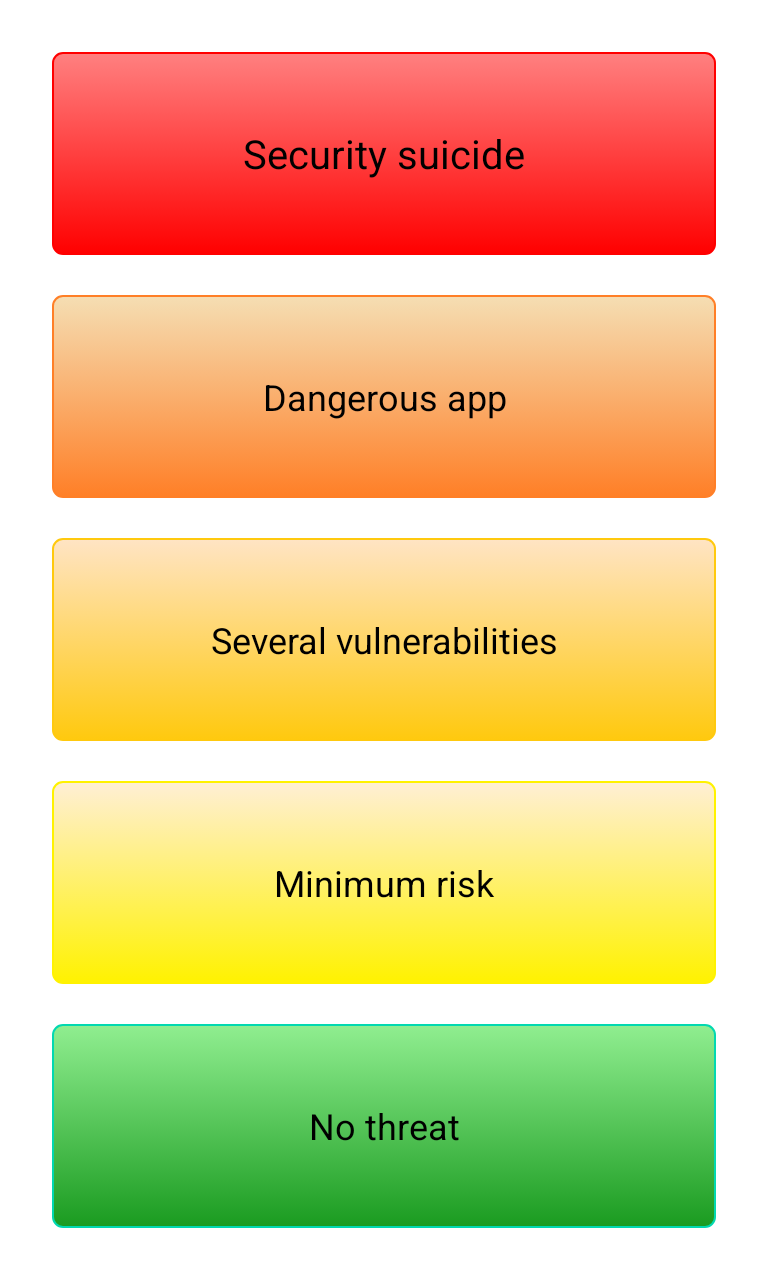
Repository: n0whereman/feidroid
Layout: Src/ApplicationViewer/res/layout/fragment_analysis2.xml
These files come from the project's save history. The layout is drawn as it stood at one moment and after the next save; the edit follows.
It is drawn on a 768 x 1280 px phone screen (xhdpi) without system bars, with theme android:Theme.Holo.Light; the app's code is not run.

Above is the layout before, as saved 2015-04-25 20:46:04.

### Src/ApplicationViewer/res/layout/fragment_analysis2.xml
<LinearLayout xmlns:android="http://schemas.android.com/apk/res/android"
    xmlns:tools="http://schemas.android.com/tools"
    android:layout_width="match_parent"
    android:layout_height="match_parent"
    android:fadingEdge="horizontal"
    android:orientation="vertical"
    android:paddingBottom="@dimen/activity_vertical_margin"
    android:paddingLeft="@dimen/activity_horizontal_margin"
    android:paddingRight="@dimen/activity_horizontal_margin"
    android:paddingTop="@dimen/activity_vertical_margin"
    android:weightSum="5"
    tools:context="pete.android.study.AnalysisActivity$PlaceholderFragment" >

    <Button
        android:id="@+id/btnThreadLvl5"
        android:layout_width="match_parent"
        android:layout_height="wrap_content"
        android:layout_weight="1"
        android:text="@string/threadLvl5"
        android:background="@drawable/button_thread5"
        android:textSize="20sp"
        android:layout_margin="10dp" />

    <Button
        android:id="@+id/btnThreadLvl4"
        android:layout_width="match_parent"
        android:layout_height="wrap_content"
        android:layout_weight="1"
        android:text="@string/threadLvl4"
        android:background="@drawable/button_thread4"
        android:layout_margin="10dp" />

    <Button
        android:id="@+id/btnThreadLvl3"
        android:layout_width="match_parent"
        android:layout_height="wrap_content"
        android:layout_weight="1"
        android:text="@string/threadLvl3"
        android:background="@drawable/button_thread3"
        android:layout_margin="10dp" />

    <Button
        android:id="@+id/btnThreadLvl2"
        android:layout_width="match_parent"
        android:layout_height="wrap_content"
        android:layout_weight="1"
        android:text="@string/threadLvl2"
        android:background="@drawable/button_thread2"
        android:layout_margin="10dp" />

    <Button
        android:id="@+id/btnThreadLvl1"
        android:layout_width="match_parent"
        android:layout_height="wrap_content"
        android:layout_weight="1"
        android:text="@string/threadLvl1"
        android:background="@drawable/button_thread1"
    	android:layout_margin="10dp" />

</LinearLayout>

### Src/ApplicationViewer/res/values/dimens.xml
<resources>

    <!-- Default screen margins, per the Android Design guidelines. -->
    <dimen name="activity_horizontal_margin">16dp</dimen>
    <dimen name="activity_vertical_margin">16dp</dimen>

    <dimen name="padding_8">8dp</dimen>
    <dimen name="padding_16">16dp</dimen>
    <dimen name="padding_32">32dp</dimen>
    <dimen name="padding_48">48dp</dimen>

</resources>

### Src/ApplicationViewer/res/values/strings.xml
<?xml version="1.0" encoding="utf-8"?>
<resources>

    <string name="hello">Hello World, MainActivity!</string>
    <string name="app_name">Suspicious Apps Checker</string>
    <string name="LaunchButton">Launch</string>
    <string name="AppInfoButton">Info</string>
    <string name="AnalyzeButton">Analyze</string>
    <string name="title_activity_launch">LaunchActivity</string>
    <string name="hello_world">Hello world!</string>
    <string name="action_settings">Settings</string>
    <string name="desc">Blabla</string>
    <string name="title_activity_detail">App Info</string>

    <!-- Main activity -->
    <string name="action_open_app">Launch</string>
    <string name="action_detail_app">Detail</string>

    <!-- Detail activity -->
    <string name="label_package_name">Package name:</string>
    <string name="label_class_name">Class name:</string>
    <string name="label_process_name">Process name:</string>
    <string name="label_version_name">Version name:</string>
    <string name="label_version_code">Version code:</string>
    <string name="label_sdk_version">Target SDK :</string>
    <string name="label_install_date">Install date:</string>
    <string name="label_last_update">Last update:</string>
    <string name="label_source_directory">Source directory:</string>
    <string name="label_data_directory">Data directory:</string>
    <string name="label_permissions">Permissions:</string>
    <string name="label_flags">Flags:</string>
    <string name="label_no_permissions">No permissions</string>
    <string name="Analyze_appButton">Analysis</string>

     <!-- Analysis activity -->
     <string name="label_list_of_permissions">Permisions List:</string>
     <string name="label_unsafe_permissions">Suspicious perm.:</string>
     <string name="label_choosed_category">Category:</string>
     <string name="label_score">Risk:</string>


    <!-- Category list -->
    <string name="label_Category">Category:</string>

    <string-array name="category_array">
        <item>Games</item>
        <item>Communication</item>
        <item>Entertainment</item>
        <item>Finance</item>
        <item>Health</item>
        <item>Lifestyle</item>
        <item>Multimedia</item>
        <item>Productivity</item>
        <item>Shopping</item>
        <item>Social</item>
        <item>Sports</item>
        <item>Themes</item>
        <item>Tools</item>
        <item>Travel</item>
    </string-array>

    <string name="title_activity_analysis">App Analysis</string>
    <string name="title_analysis_detail">Analysis detail</string>
    <string name="threadLvl1">No threat</string>
    <string name="threadLvl2">Minimum risk</string>
    <string name="threadLvl3">Several vulnerabilities</string>
    <string name="threadLvl4">Dangerous app</string>
    <string name="threadLvl5">Security suicide</string>
    <string name="label_no_categories">No category</string>
    <string name="label_sha1hash">SHA1:</string>

</resources>

### Src/ApplicationViewer/res/drawable-hdpi/button_thread5.xml
<?xml version="1.0" encoding="utf-8"?>
<selector xmlns:android="http://schemas.android.com/apk/res/android" >
<item android:state_pressed="true" >
 <shape android:shape="rectangle"  >
     <corners android:radius="5dp" />
     <stroke android:width="1dip" android:color="@color/red_temp" />
     <gradient android:angle="-90" android:startColor="@color/red_temp" android:endColor="@color/red_temp"  />
 </shape>
</item>
<item android:state_focused="true">
 <shape android:shape="rectangle"  >
     <corners android:radius="5dp" />
     <stroke android:width="1dip" android:color="#971E05" />
     <solid android:color="#58857e"/>
 </shape>
</item>
<item >
<shape android:shape="rectangle"  >
     <corners android:radius="5dp" />
     <stroke android:width="1dip" android:color="@color/bright_red" />
     <gradient android:angle="-90" android:startColor="@color/red_temp" android:endColor="@color/button_red" />
 </shape>
</item>
</selector>

### Src/ApplicationViewer/res/drawable-hdpi/button_thread4.xml
<?xml version="1.0" encoding="utf-8"?>
<selector xmlns:android="http://schemas.android.com/apk/res/android" >
<item android:state_pressed="true" >
 <shape android:shape="rectangle"  >
     <corners android:radius="5dp" />
     <stroke android:width="1dip" android:color="@color/orange_temp" />
     <gradient android:angle="-90" android:startColor="@color/orange_temp" android:endColor="@color/orange_temp"  />
 </shape>
</item>
<item android:state_focused="true">
 <shape android:shape="rectangle"  >
     <corners android:radius="5dp" />
     <stroke android:width="1dip" android:color="#971E05" />
     <solid android:color="#58857e"/>
 </shape>
</item>
<item >
<shape android:shape="rectangle"  >
     <corners android:radius="5dp" />
     <stroke android:width="1dip" android:color="@color/bright_orange" />
     <gradient android:angle="-90" android:startColor="@color/orange_temp" android:endColor="@color/button_orange" />
 </shape>
</item>
</selector>

### Src/ApplicationViewer/res/drawable-hdpi/button_thread3.xml
<?xml version="1.0" encoding="utf-8"?>
<selector xmlns:android="http://schemas.android.com/apk/res/android" >
<item android:state_pressed="true" >
 <shape android:shape="rectangle"  >
     <corners android:radius="5dp" />
     <stroke android:width="1dip" android:color="@color/amber_temp" />
     <gradient android:angle="-90" android:startColor="@color/amber_temp" android:endColor="@color/amber_temp"  />
 </shape>
</item>
<item android:state_focused="true">
 <shape android:shape="rectangle"  >
     <corners android:radius="5dp" />
     <stroke android:width="1dip" android:color="#971E05" />
     <solid android:color="#58857e"/>
 </shape>
</item>
<item >
<shape android:shape="rectangle"  >
     <corners android:radius="5dp" />
     <stroke android:width="1dip" android:color="@color/bright_amber" />
     <gradient android:angle="-90" android:startColor="@color/amber_temp" android:endColor="@color/button_amber" />
 </shape>
</item>
</selector>

### Src/ApplicationViewer/res/drawable-hdpi/button_thread2.xml
<?xml version="1.0" encoding="utf-8"?>
<selector xmlns:android="http://schemas.android.com/apk/res/android" >
<item android:state_pressed="true" >
 <shape android:shape="rectangle"  >
     <corners android:radius="5dp" />
     <stroke android:width="1dip" android:color="@color/yellow_temp" />
     <gradient android:angle="-90" android:startColor="@color/yellow_temp" android:endColor="@color/yellow_temp"  />
 </shape>
</item>
<item android:state_focused="true">
 <shape android:shape="rectangle"  >
     <corners android:radius="5dp" />
     <stroke android:width="1dip" android:color="#971E05" />
     <solid android:color="#58857e"/>
 </shape>
</item>
<item >
<shape android:shape="rectangle"  >
     <corners android:radius="5dp" />
     <stroke android:width="1dip" android:color="@color/bright_yellow" />
     <gradient android:angle="-90" android:startColor="@color/yellow_temp" android:endColor="@color/button_yellow" />
 </shape>
</item>
</selector>

### Src/ApplicationViewer/res/drawable-hdpi/button_thread1.xml
<?xml version="1.0" encoding="utf-8"?>
<selector xmlns:android="http://schemas.android.com/apk/res/android" >
<item android:state_pressed="true" >
 <shape android:shape="rectangle"  >
     <corners android:radius="5dp" />
     <stroke android:width="1dip" android:color="@color/green_temp" />
     <gradient android:angle="-90" android:startColor="@color/green_temp" android:endColor="@color/green_temp"  />
 </shape>
</item>
<item android:state_focused="true">
 <shape android:shape="rectangle"  >
     <corners android:radius="5dp" />
     <stroke android:width="1dip" android:color="#971E05" />
     <solid android:color="#58857e"/>
 </shape>
</item>
<item >
<shape android:shape="rectangle"  >
     <corners android:radius="5dp" />
     <stroke android:width="1dip" android:color="@color/bright_green" />
     <gradient android:angle="-90" android:startColor="@color/green_temp" android:endColor="@color/button_green" />
 </shape>
</item>
</selector>

### Src/ApplicationViewer/res/values/colors.xml
<?xml version="1.0" encoding="utf-8"?>
<resources>
    <color name="black">#000000</color>

    <color name="perm_green">#069C00</color>
    <color name="perm_yellow">#D9CA00</color>
    <color name="perm_orange">#D45F00</color>
    <color name="perm_red">#AB0000</color>

    <!-- Green -->
	<color name="green_temp">#90EE90</color>
	<color name="green_dark">#159204</color>
	<color name="bright_green">#02D8B0</color>
	<color name="button_green">#1A9B20</color>

	<!-- Yellow -->
	<color name="yellow_temp">#FFEFD5</color>
	<color name="yellow_dark">#FFF200</color>
	<color name="bright_yellow">#FFF200</color>
	<color name="button_yellow">#FFF200</color>

	<!-- Amber -->
	<color name="amber_temp">#FFE4C4</color>
	<color name="amber_dark">#FFC90E</color>
	<color name="bright_amber">#FFC90E</color>
	<color name="button_amber">#FFC90E</color>

	<!-- Orange -->
	<color name="orange_temp">#F5DEB3</color>
	<color name="orange_dark">#FF7F27</color>
	<color name="bright_orange">#FF7F27</color>
	<color name="button_orange">#FF7F27</color>

	<!-- Red -->
	<color name="red_temp">#FF8080</color>
	<color name="red_dark">#FF0000</color>
	<color name="bright_red">#FF0000</color>
	<color name="button_red">#FF0000</color>
</resources>

Loaded but not shown: Src/ApplicationViewer/res/values-w820dp/dimens.xml (common file)

After the next save:
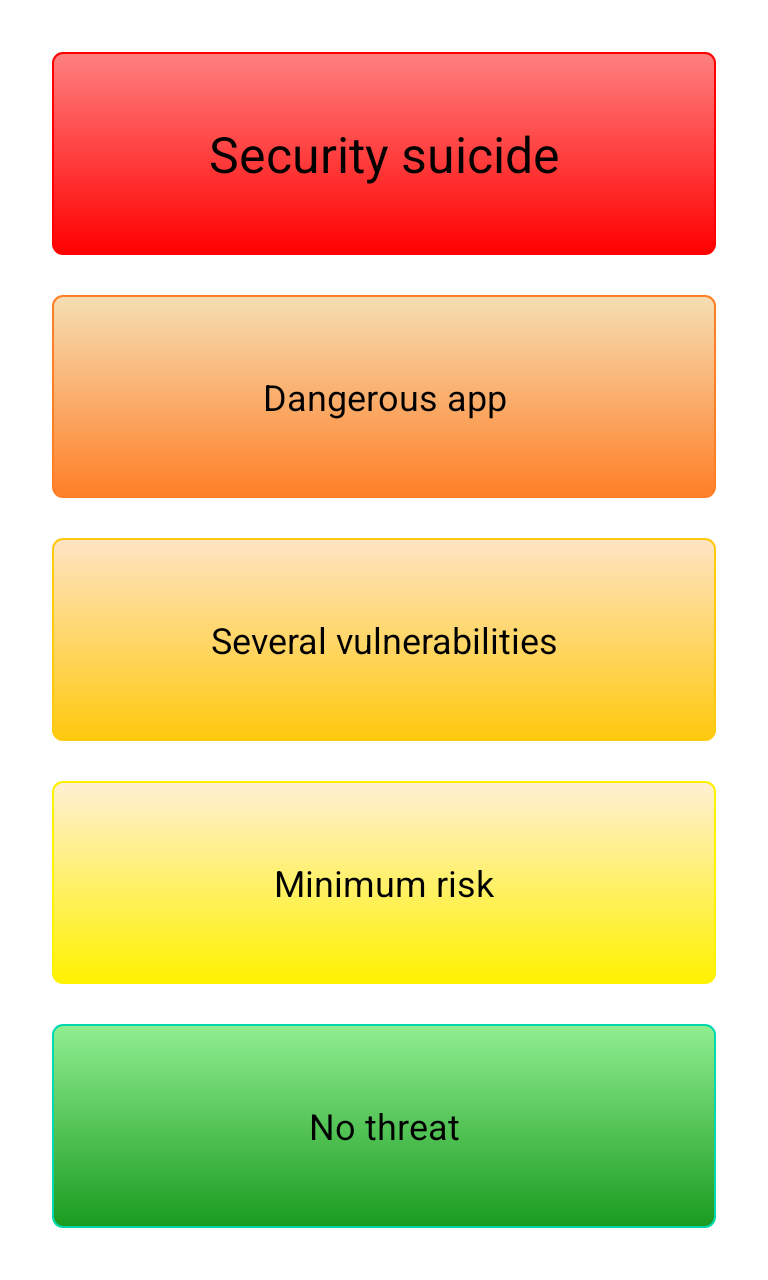
Saved 8 s later.
--- a/Src/ApplicationViewer/res/layout/fragment_analysis2.xml
+++ b/Src/ApplicationViewer/res/layout/fragment_analysis2.xml
@@ -18,7 +18,7 @@
         android:layout_weight="1"
         android:text="@string/threadLvl5"
         android:background="@drawable/button_thread5"
-        android:textSize="20sp"
+        android:textSize="25sp"
         android:layout_margin="10dp" />
 
     <Button
